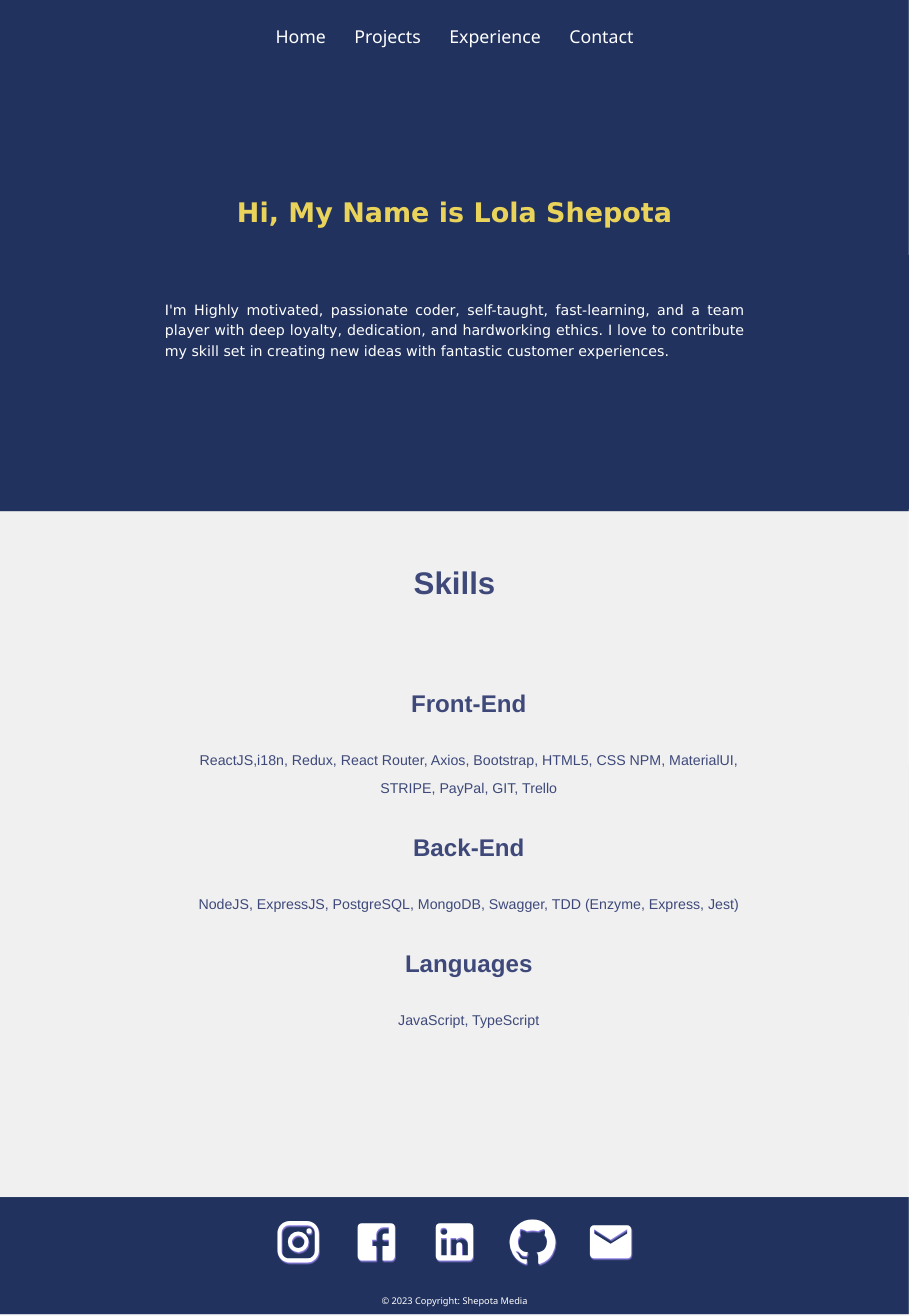
Repository: LolaSL/react-portfolio
Page: /
The author's editor kept a copy of each file at every save. The page is drawn from the files as they stood at one save, then again after the next save.
The browser window is 1280 px wide. The pictures show the whole page, at 71% of full size.
The project was rebuilt for these pictures with package versions that can differ from the ones it lists, and the page was loaded fresh each time. Also part of the build but not shown: src/components/ProjectItem/ProjectItem.jsx, src/helpers/ProjectList.js, src/pages/Projects/Style.css, src/pages/Projects/Projects.jsx, src/pages/Experience/Style.css, src/pages/Experience/Experience.jsx, src/pages/ProjectDetail/ProjectDetail.jsx, src/pages/Contact/Style.css and 1 more.

Above is the page before, as saved 2023-07-01 20:08:06.

After the next save:
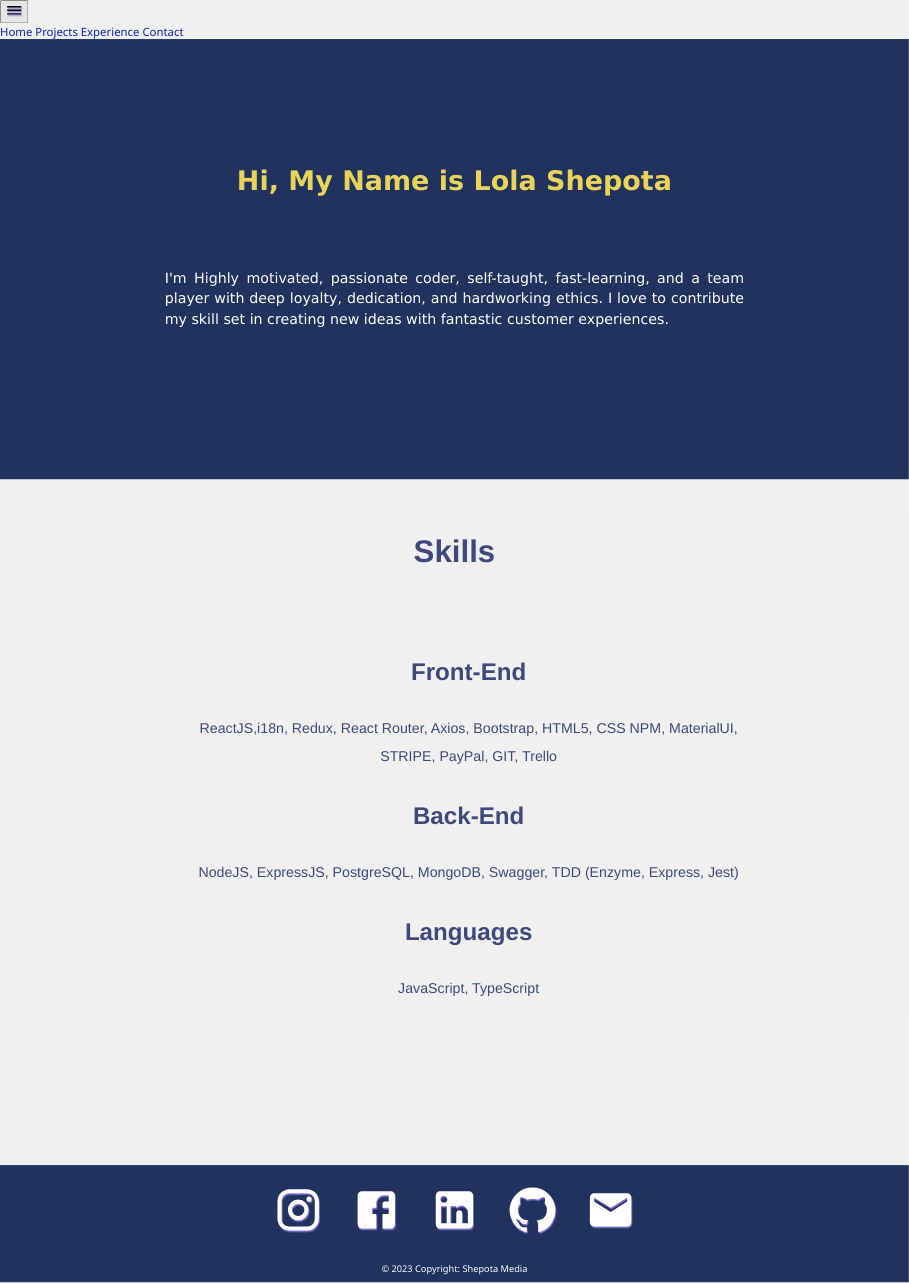
Saved 3 min 55 s later.
--- a/src/components/Navbar/Style.css
+++ b/src/components/Navbar/Style.css
@@ -1,4 +1,4 @@
-.navbar {
+/* .navbar {
   width: 100%;
   height: 100px;
   background: #21325e;
@@ -86,4 +86,4 @@
   #open .links {
     flex-direction: row;
   }
-}
+} */
